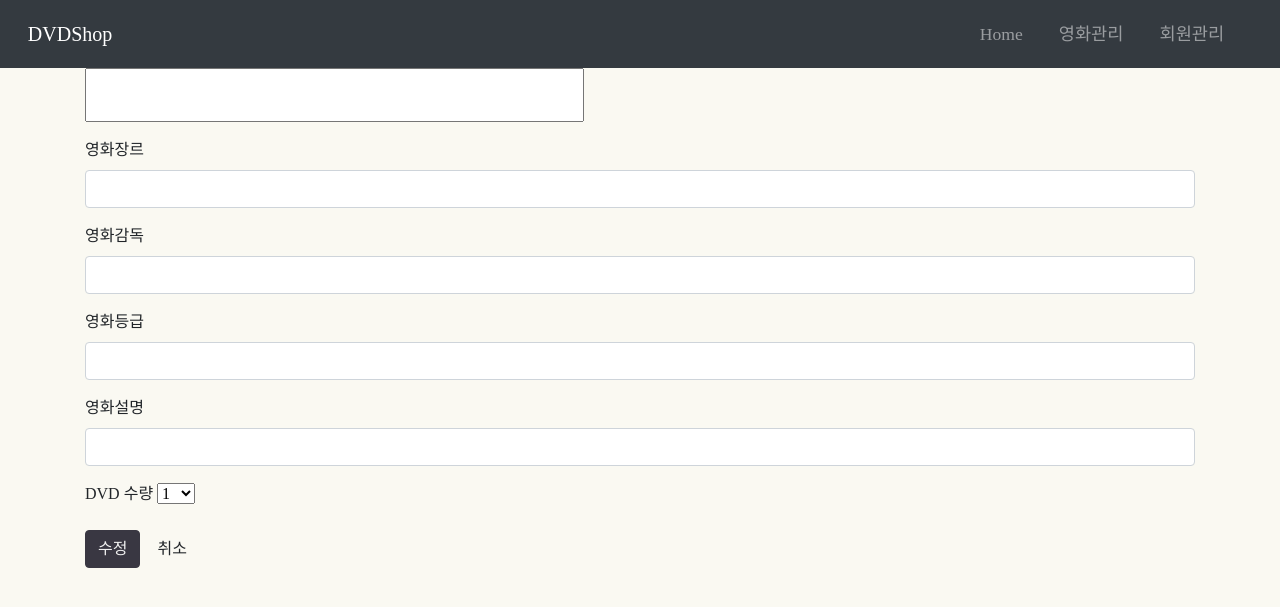
Repository: afterup/dvdshop
Page: http://localhost/shop_project/view/manager/admin_insert.jsp
These files come from the project's save history. The page is drawn as it stood at one moment and after the next save; the edit follows.
The browser window is 1280 px wide. The pictures show the whole page.
The page is served by Tomcat 9. Other server files are loaded and not shown.

Above is the page before, as saved 2019-08-14 10:36:26.

### shop_project/WebContent/view/manager/admin_insert.jsp
<%@ page language="java" contentType="text/html; charset=UTF-8"
	pageEncoding="UTF-8"%>
<%@taglib uri="http://java.sun.com/jsp/jstl/core" prefix="c"%>
<!DOCTYPE html>
<html>

<head>
<meta charset="UTF-8">
<meta name="viewport" content="width=device-width, initial-scale=1.0">
<meta http-equiv="X-UA-Compatible" content="ie=edge">
<title>Document</title>
<link rel="stylesheet"
	href="https://stackpath.bootstrapcdn.com/bootstrap/4.3.1/css/bootstrap.min.css"
	integrity="sha384-ggOyR0iXCbMQv3Xipma34MD+dH/1fQ784/j6cY/iJTQUOhcWr7x9JvoRxT2MZw1T"
	crossorigin="anonymous">
<link rel="stylesheet" href="./css/style.css">
<link rel="stylesheet"
	href="https://maxcdn.bootstrapcdn.com/font-awesome/4.7.0/css/font-awesome.min.css">
</head>

<body id="adminPage">

	<!-- Navigation -->
	<%@ include file="/view/manager/adminHeader.jsp" %>

	<!--  UPDATE -->
	<div class="container">

		<form action="admin?action=insertAction" method="POST" name="frm">
			<h1>
				<label for="movienm">
					<input type="text" name="movienm"">
				</label>
			</h1>
			<div class="form-group">
				<label for="genrenm">영화장르</label> <input type="text"
					 class="form-control" name="genrenm">
			</div>
			<div class="form-group">
				<label for="supervison">영화감독</label> <input type="text"
					 class="form-control" name="supervison">
			</div>
			<div class="form-group">
				<label for="watchgradenm">영화등급</label> <input type="text"
					class="form-control"
					name="watchgradenm">
			</div>
			<div class="form-group">
				<label for="moviedesc">영화설명</label> <input type="text"
					class="form-control" name="moviedesc">
			</div>
			<div class="form-group">
				<label for="dvdamount">DVD 수량</label> <select name="dvdamount">
					<c:forEach begin="1" end="20" var="i">
						<option>${i}</option>
					</c:forEach>
				</select>
			</div>
			<button type="button" onclick="validateCheck()" class="btn btn-info">수정</button>
			<button type="button" onclick="history.back()" class="btn">취소</button>
		</form>
	</div>

	<script src="./js/movieCheck.js"></script>

	<script src="https://code.jquery.com/jquery-3.3.1.slim.min.js"
		integrity="sha384-q8i/X+965DzO0rT7abK41JStQIAqVgRVzpbzo5smXKp4YfRvH+8abtTE1Pi6jizo"
		crossorigin="anonymous">

	</script>
	<script
		src="https://cdnjs.cloudflare.com/ajax/libs/popper.js/1.14.7/umd/popper.min.js"
		integrity="sha384-UO2eT0CpHqdSJQ6hJty5KVphtPhzWj9WO1clHTMGa3JDZwrnQq4sF86dIHNDz0W1"
		crossorigin="anonymous">

	</script>
	<script
		src="https://stackpath.bootstrapcdn.com/bootstrap/4.3.1/js/bootstrap.min.js"
		integrity="sha384-JjSmVgyd0p3pXB1rRibZUAYoIIy6OrQ6VrjIEaFf/nJGzIxFDsf4x0xIM+B07jRM"
		crossorigin="anonymous">

	</script>
</body>


</html>

### shop_project/WebContent/view/manager/adminHeader.jsp
<%@ page language="java" contentType="text/html; charset=UTF-8"
    pageEncoding="UTF-8"%>
<!DOCTYPE html>
<html>
<head>
<meta charset="UTF-8">
<title>Insert title here</title>
</head>
<body>
	<nav class="navbar navbar-expand-md navbar-dark bg-dark sticky-top">
		<div class="container-fluid">
			<a href="movie" class="navbar-brand">DVDShop</a>
			<button class="navbar-toggler" type="button" data-toggle="collapse"
				data-target="#navbarResponsive">
				<span class="navbar-toggler-icon"></span>
			</button>
			<div class="collapse navbar-collapse" id="navbarResponsive">
				<ul class="navbar-nav ml-auto">
					<li class="nav-item"><a class="nav-link" href="movie">Home</a></li>
					<li class="nav-item"><a class="nav-link" href="admin">영화관리</a></li>
					<li class="nav-item"><a class="nav-link"
						href="admin?action=user">회원관리</a></li>
				</ul>
			</div>
		</div>
	</nav>


</body>
</html>

### shop_project/WebContent/css/style.css
html,
body {
    height: 100%;
    width: 100%;
    font-family: "sans-serif";
}

img {
    width: 100%;
}

#adminPage {
    background-color: rgb(250, 249, 242);
}

.navbar {
    padding: .8rem;
}

.navbar-nav li {
    padding-right: 20px;
}

.nav-link {
    font-size: 1.1em !important;
}

.carousel-inner img {
    width: 100%;
    height: 100%;
}

.btn-info {
    background-color: rgb(57, 55, 66);
    color: rgb(240, 240, 240);
    border-color: rgb(57, 55, 66);
}

.jumbotron {
    padding: 1rem;
}

.padding {
    padding-bottom: 2rem;
}

footer {
    background-color: #3f3f3f;
    color: #d5d5d5;
    padding: 2rem;
}

hr.light {
    border-top: 1px solid #d5d5d5;
    width: 75%;
}

### shop_project/WebContent/js/movieCheck.js

function validateCheck(){
    	 var f = document.frm;//f== 폼 엘리먼트 객체

    	if(f.movienm.value==""){
        		alert('아이디를 입력해주세요.');
        		f.movienm.focus();
        		return;

    	}else if(f.genrenm.value==""){
    		alert('장르를 입력해주세요.');
    		f.genrenm.focus();
    		return;

    	}else if(f.supervison.value==""){
    		alert('감독명을 입력해주세요.');
    		f.supervison.focus();
    		return;

		}else if(f.watchgradenm.value == ""){
			alert('등급을 입력해주세요.');
			f.watchgradenm.focus();
			return;
		}else if(f.moviedesc.value == ""){
			alert('설명을 입력해주세요.');
			f.moviedesc.focus();
			return;
    	}else{
    		alert('수정 완료');
    		f.submit();
    	}
      }//validateCheck()

After the next save:
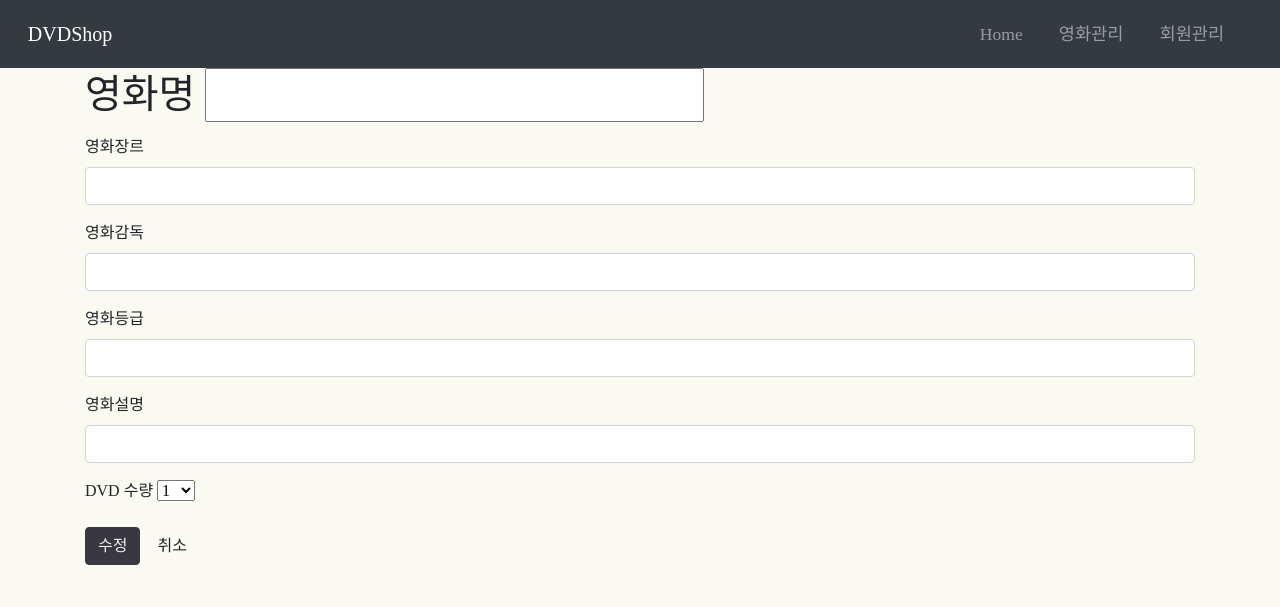
Saved 15 s later.
--- a/shop_project/WebContent/view/manager/admin_insert.jsp
+++ b/shop_project/WebContent/view/manager/admin_insert.jsp
@@ -28,9 +28,9 @@
 
 		<form action="admin?action=insertAction" method="POST" name="frm">
 			<h1>
-				<label for="movienm">
+				<label for="movienm">영화명</label>
 					<input type="text" name="movienm"">
-				</label>
+
 			</h1>
 			<div class="form-group">
 				<label for="genrenm">영화장르</label> <input type="text"
